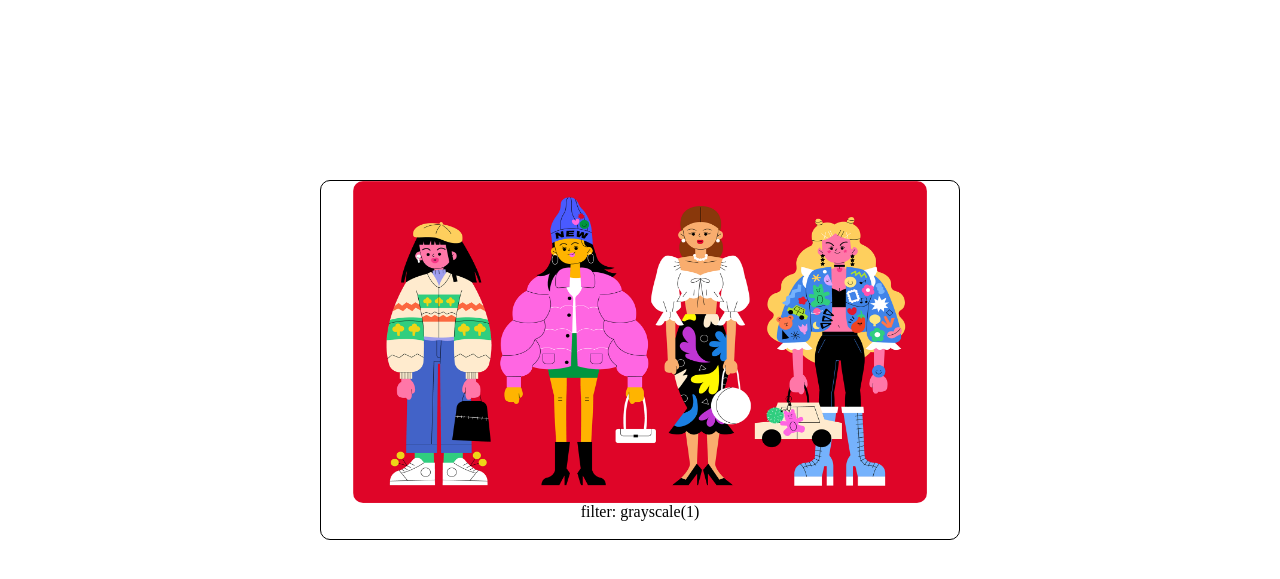
Repository: beva3/javaScrypt
Page: claire-dark/filter-grayscale.html
The author's editor kept a copy of each file at every save. The page is drawn from the files as they stood at one save, then again after the next save.
The browser window is 1280 px wide. The pictures show the whole page.
The pointer rests on the first visible `.img`.

Above is the page before, as saved 2024-05-10 13:15:35.

After the next save:
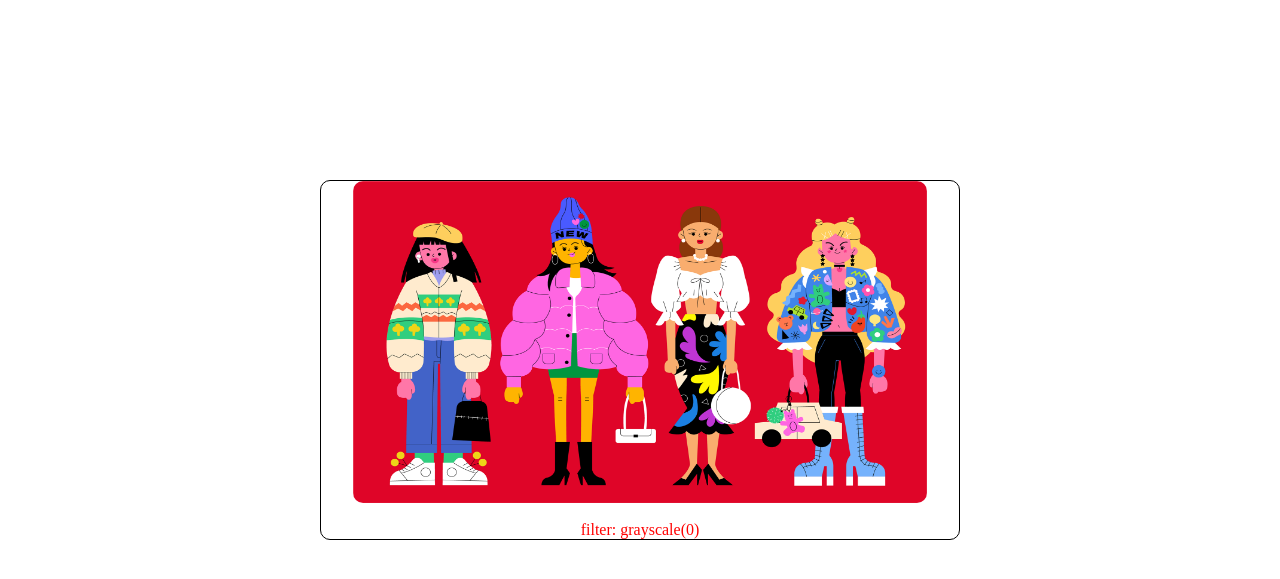
Saved 5 s later.
--- a/claire-dark/filter-grayscale.html
+++ b/claire-dark/filter-grayscale.html
@@ -41,7 +41,7 @@
                 #p0{
                     visibility: visible;
                 }
-                #p0{
+                #p1{
                     color: red;
                     visibility: hidden;
                 }
